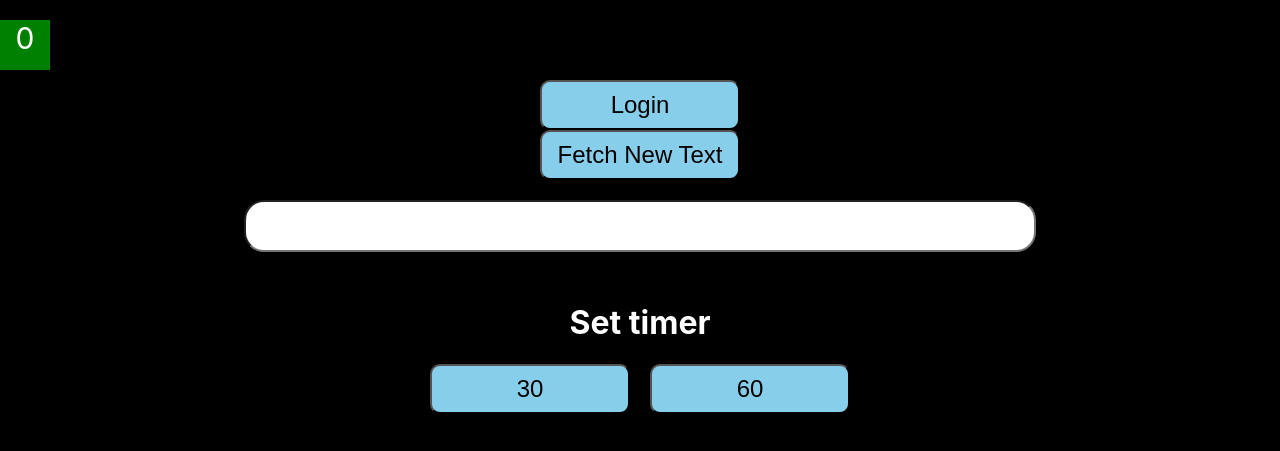
Repository: abhaysharma20233009/swiftKey
Page: / (app in frontend/my-app/)
An editor plug-in stored every save of this project. The page is shown before and after the next save, followed by the edit.
The browser window is 1280 px wide. The pictures show the whole page.
The page's requests for data from a server got no answer. The project was rebuilt for these pictures with package versions that can differ from the ones it lists, and the page was loaded fresh each time. No one was signed in, and anything a server would have sent is missing. Also part of the build but not shown: frontend/my-app/src/Results.js, frontend/my-app/src/Login.js.

Above is the page before, as saved 2024-10-10 17:35:29.

### frontend/my-app/src/App.js
//App.js

import './App.css';
import React from 'react';
import { BrowserRouter as Router, Route, Routes } from 'react-router-dom';
import Swift from './Swifts';
import Results from './Results';
import Login from './Login';
const App = () => {
    return (
        <Router>
			<div className="App">
            <Routes>
                <Route path="/" element={<Swift />} />
                <Route path="/results" element={<Results />} />
                <Route path="/login" element={<Login />} />
            </Routes>
			</div>
        </Router>
    );
};

export default App;

### frontend/my-app/src/App.css
.App {
  text-align: center;
  color:white;
}

body{
  background-color:black;
}

.log{
  color:black;
  margin-left: 10px;
  margin-right: 10px;
  background-color: skyblue;
  border-radius: 10px;
  height:50px;
  width:200px;
  justify-self: end;
  font-size: x-large;
}




.in{
  border-radius:20px;
  font-size: 24px;
  width: 60%;
  padding: 10px;
  margin: 20px 0;
}

.hea{
  margin-top: 100px;
  margin-bottom: 50px;
  margin-left:25%;
  background-color: lightgray;
  font-size: 24px;
  background-color:green;
  width:50%;
  height:50px;
  border-radius:30px;
  text-align: center;
}

.lo{
  text-align:center;
}
.Timer{
  height:50px;
  font-size:30px;
  margin-bottom: 10px;
  background-color:green;
  width:50px;
}

### frontend/my-app/src/Swifts.js
import React, { useState, useEffect } from 'react';
import { useNavigate, useLocation } from 'react-router-dom';

function Swifts() {
    const [message, setMessage] = useState('');
    const [inputValue, setInputValue] = useState('');
    const [currentWordIndex, setCurrentWordIndex] = useState(0);
    const [time, setTime] = useState(0);
    const navigate = useNavigate();
    const location = useLocation();
    const [countdown, setCountdown] = useState(0);

    // Retrieve username from location state
    const username = location.state?.username || '';

    const fetchMessages = async () => {
        try {
            const response = await fetch('http://localhost:7000/random-paragraph');
            const data = await response.json();
            if (data && typeof data === 'string') {
                setMessage(data);
                setInputValue('');
                setCurrentWordIndex(0);
            } else {
                console.error('Invalid data format:', data);
            }
        } catch (error) {
            console.error('Error fetching messages:', error);
        }
    };

    useEffect(() => {
        fetchMessages();
    }, []);

    useEffect(() => {
        if (time > 0) {
            const timer = setTimeout(() => {
                navigate('/results', { state: { currentWordIndex, username } });
            }, time * 1000);

            return () => clearTimeout(timer);
        }
    }, [time, currentWordIndex, navigate, username]);

    const handleInputChange = (e) => {
        const value = e.target.value;
        setInputValue(value);

        const words = message.split(' ');
        const currentWord = words[currentWordIndex];

        if (currentWord && currentWord.startsWith(value.trim())) {
            if (value.trim() === currentWord) {
                setCurrentWordIndex((prevIndex) => prevIndex + 1);
                setInputValue('');
            }
        }
    };

    useEffect(() => {
        if (time > 0) {
            setCountdown(time); // Set countdown to the selected time
        }
    }, [time]);

    useEffect(() => {
        if (countdown > 0) {
            const timer = setInterval(() => {
                setCountdown((prev) => prev - 1);
            }, 1000);

            return () => clearInterval(timer);
        }
    }, [countdown]);
    const words = message.split(' ');
    const currentWord = words[currentWordIndex] || '';

    return (
        <div style={{ textAlign: 'center', marginTop: '20px' }}>
              <div class="Timer">{countdown}</div>
            {username && <h2>Welcome, {username}!</h2>}
            <button className="log" onClick={() => navigate('/login')}>Login</button>
            <br />
            <button className="log" onClick={fetchMessages}>Fetch New Text</button>
            <br />
            <input
                className='in'
                type="text"
                value={inputValue}
                onChange={handleInputChange}
                placeholder={currentWord.slice(inputValue.length)}
            />
            <div className="lo">
                <div style={{ fontSize: '24px', marginTop: '10px', textAlign: 'center', display: 'flex', flexWrap: 'wrap' }}>
                    {words.map((word, index) => {
                        const isCurrentWord = index === currentWordIndex;
                        const isTypedWord = index < currentWordIndex;

                        return (
                            <span
                                key={index}
                                style={{
                                    padding: '0 5px',
                                    color: isCurrentWord ? 'blue' : (isTypedWord ? 'gray' : 'white'),
                                    textDecoration: isTypedWord ? 'line-through' : 'none',
                                }}
                            >
                                {word}
                            </span>
                        );
                    })}
                </div>
            </div>
            <h1>Set timer</h1>
            <button className="log" onClick={() => setTime(30)}>30</button>
            <button className="log" onClick={() => setTime(60)}>60</button>


        </div>
    );
}

export default Swifts;

Loaded but not shown: frontend/my-app/public/index.html (common file); frontend/my-app/src/index.js (common file); frontend/my-app/src/index.css (common file); frontend/my-app/src/reportWebVitals.js (common file)

After the next save:
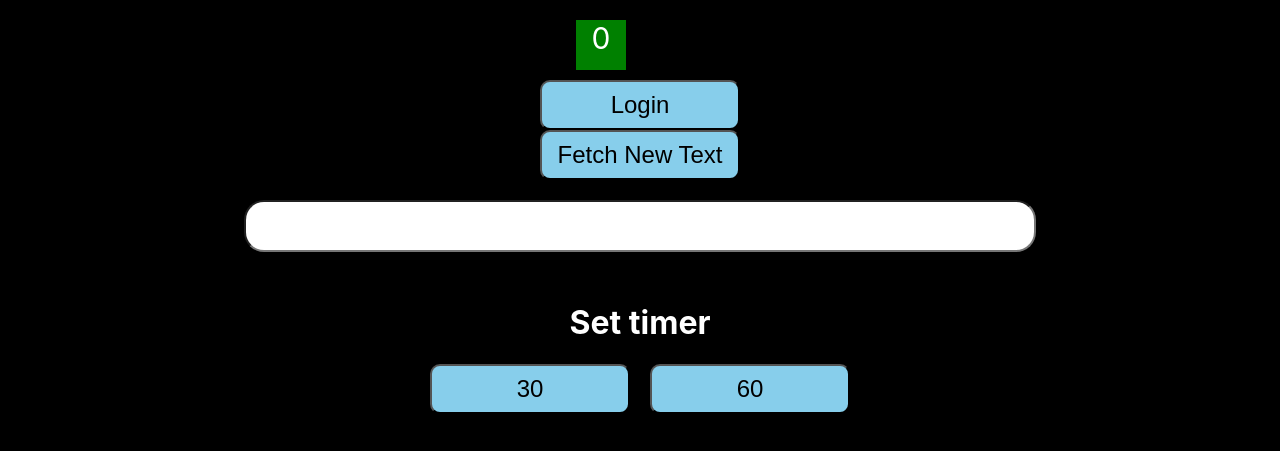
Saved 19 s later.
--- a/frontend/my-app/src/App.css
+++ b/frontend/my-app/src/App.css
@@ -52,4 +52,5 @@ body{
   margin-bottom: 10px;
   background-color:green;
   width:50px;
+  margin-left:45%;
 }
